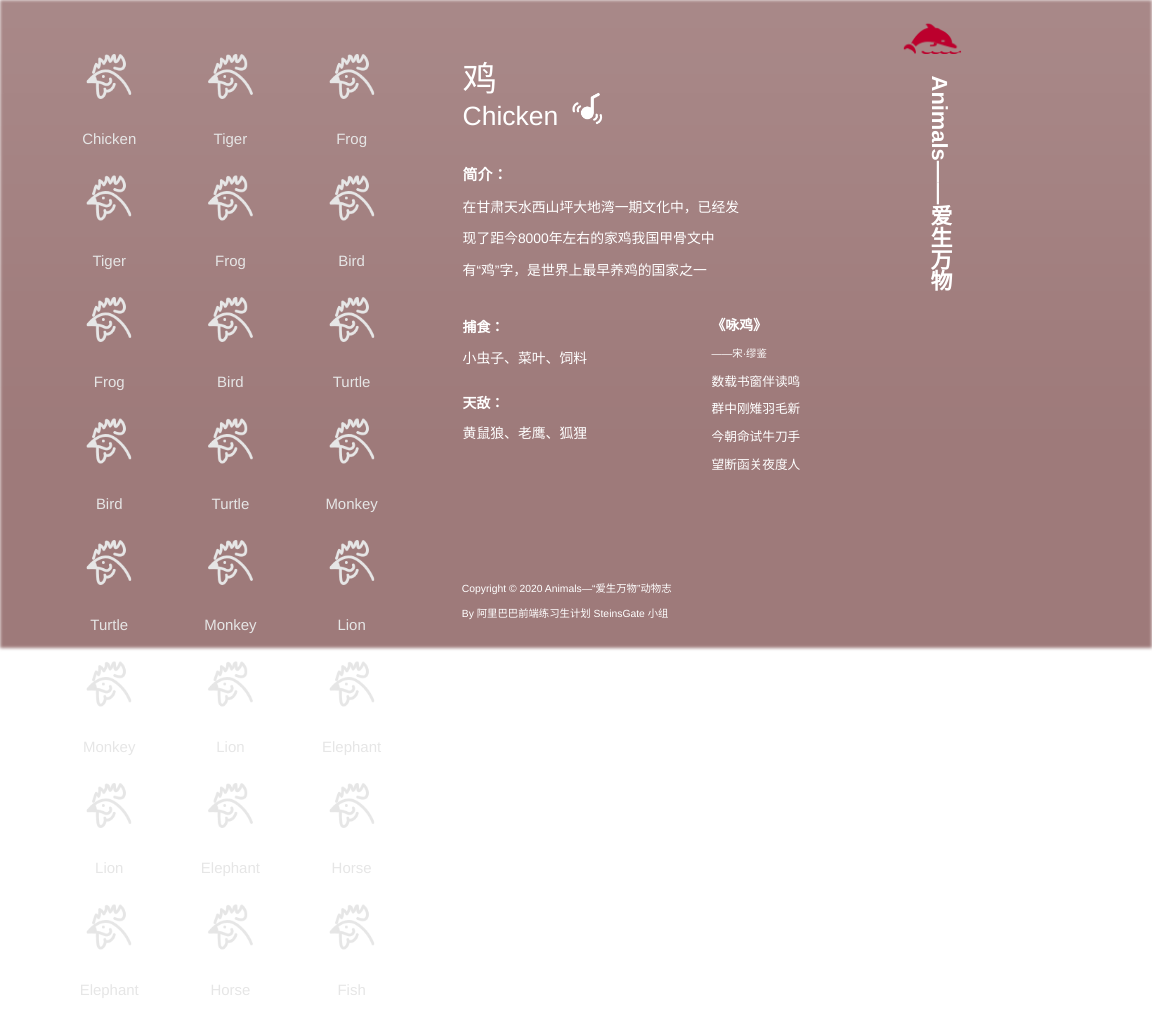
Repository: Whiskeyi/Animals
Page: /
An editor plug-in stored every save of this project. The page is shown before and after the next save, followed by the edit.
The browser window is 1280 px wide. The pictures show the whole page, at 90% of full size.
The project was rebuilt for these pictures with package versions that can differ from the ones it lists, and the page was loaded fresh each time.

Above is the page before, as saved 2021-11-18 14:54:15.

After the next save:
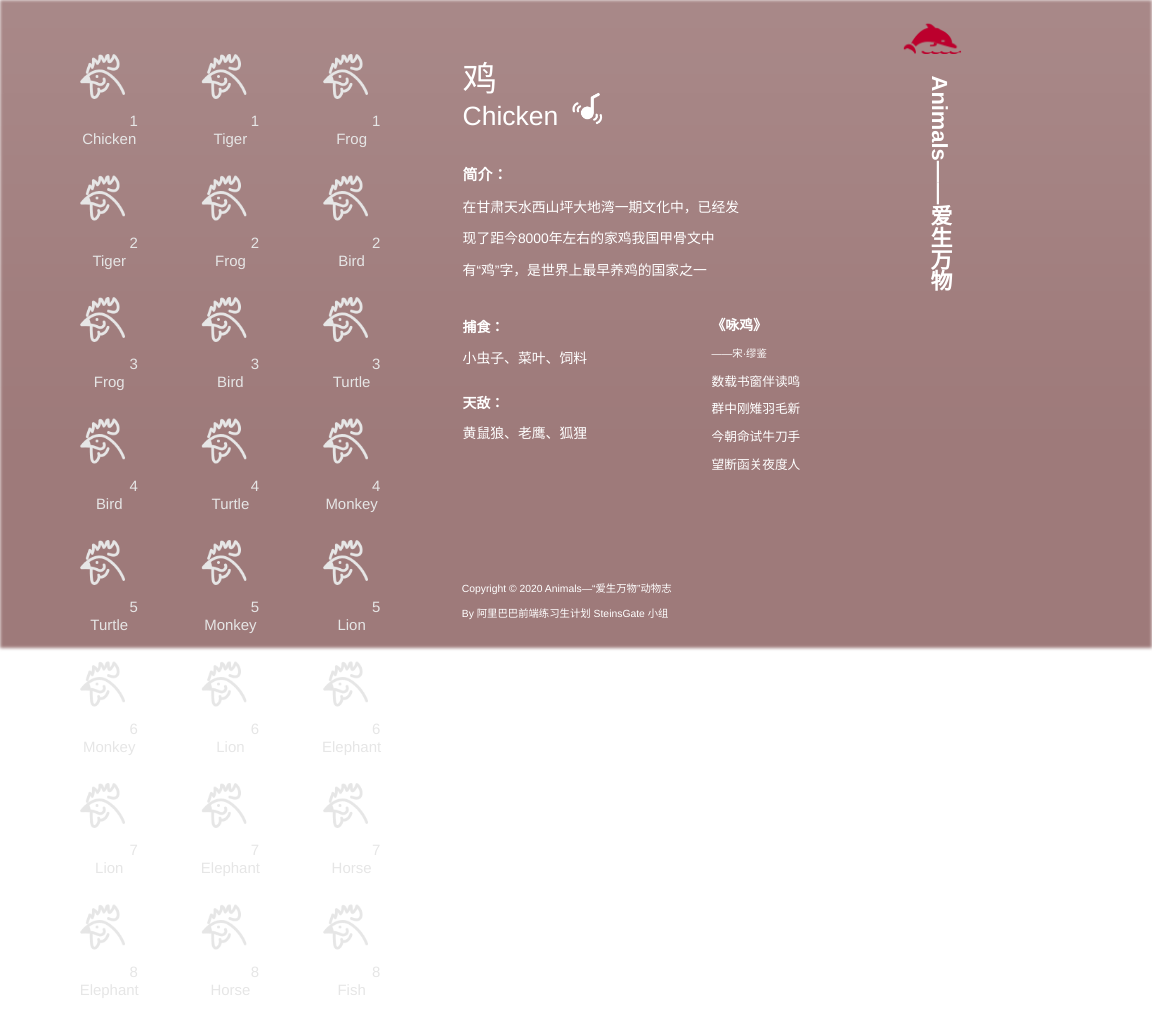
Saved 44 s later.
--- a/src/components/left-main/index.vue
+++ b/src/components/left-main/index.vue
@@ -3,6 +3,7 @@
     <el-row :gutter="20" type="flex" justify="center" v-for="(i, inx) in dataLength/3" :key="inx">
       <el-col :span="8" v-for="(item, index) in getNum(inx)" :key="index">
         <el-image class="logo" alt="logo" :src="require('@/icons/animals/chicken.png')"></el-image>
+        {{ i }}
         <div>{{ item.enName }}</div>
       </el-col>
     </el-row>
